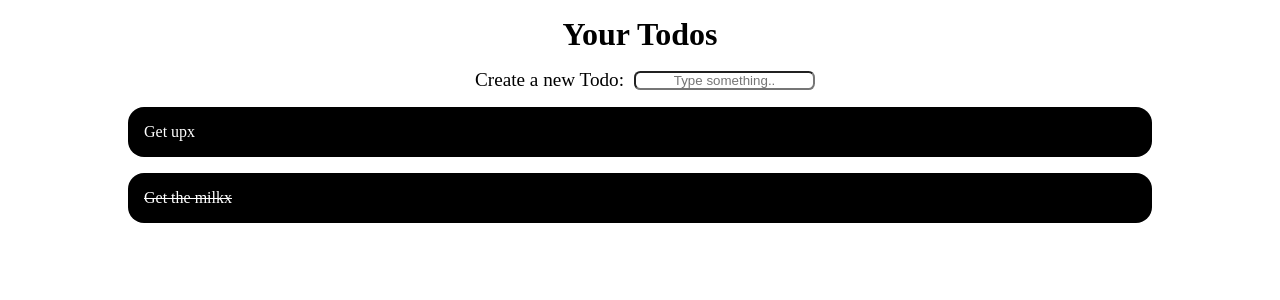
Repository: Heeeeeppo/todo-list
Page: / (app in frontend/)
The author's editor kept a copy of each file at every save. The page is drawn from the files as they stood at one save, then again after the next save.
The browser window is 1280 px wide. The pictures show the whole page.
The project was rebuilt for these pictures with package versions that can differ from the ones it lists, and the page was loaded fresh each time.

Above is the page before, as saved 2023-11-07 19:38:18.

After the next save:
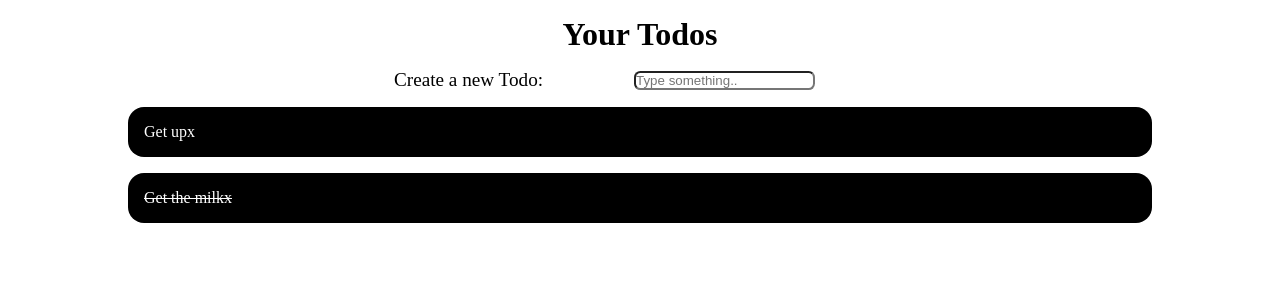
Saved 6 s later.
--- a/frontend/src/index.css
+++ b/frontend/src/index.css
@@ -30,7 +30,7 @@ label {
 
 input {
   border-radius: 0.4rem;
-  text-align: center;
+  margin: auto;
 }
 
 .todo {
